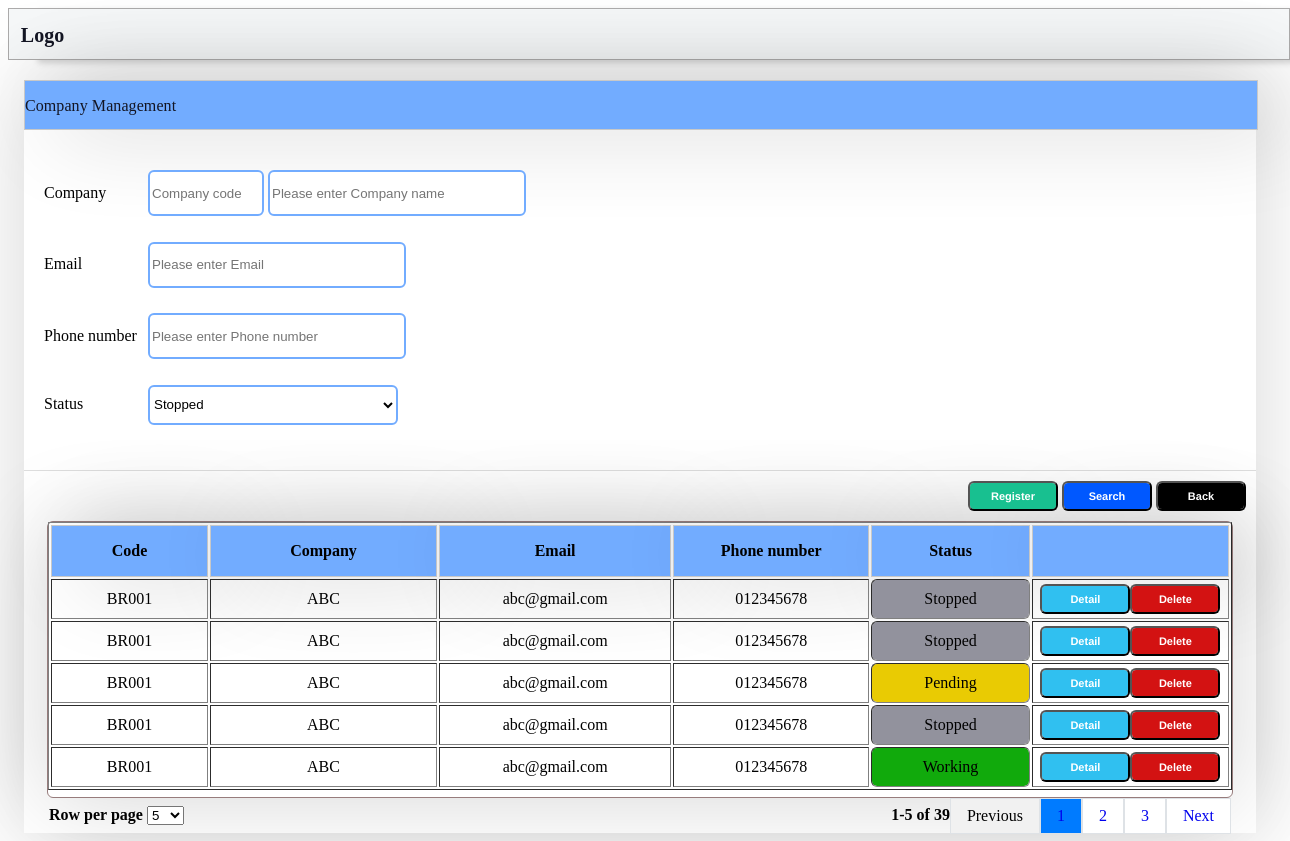
Repository: Zain1409/company
Page: client/html/CompanyManager.html
An editor plug-in stored every save of this project. The page is shown before and after the next save, followed by the edit.
The browser window is 1280 px wide. The page is 1290 px wide, so the pictures cover 1290 px, including what lies to the right of the window. The pictures show the whole page.

Above is the page before, as saved 2021-04-05 14:55:34.
Console error: ReferenceError: getTodoItems is not defined

After the next save:
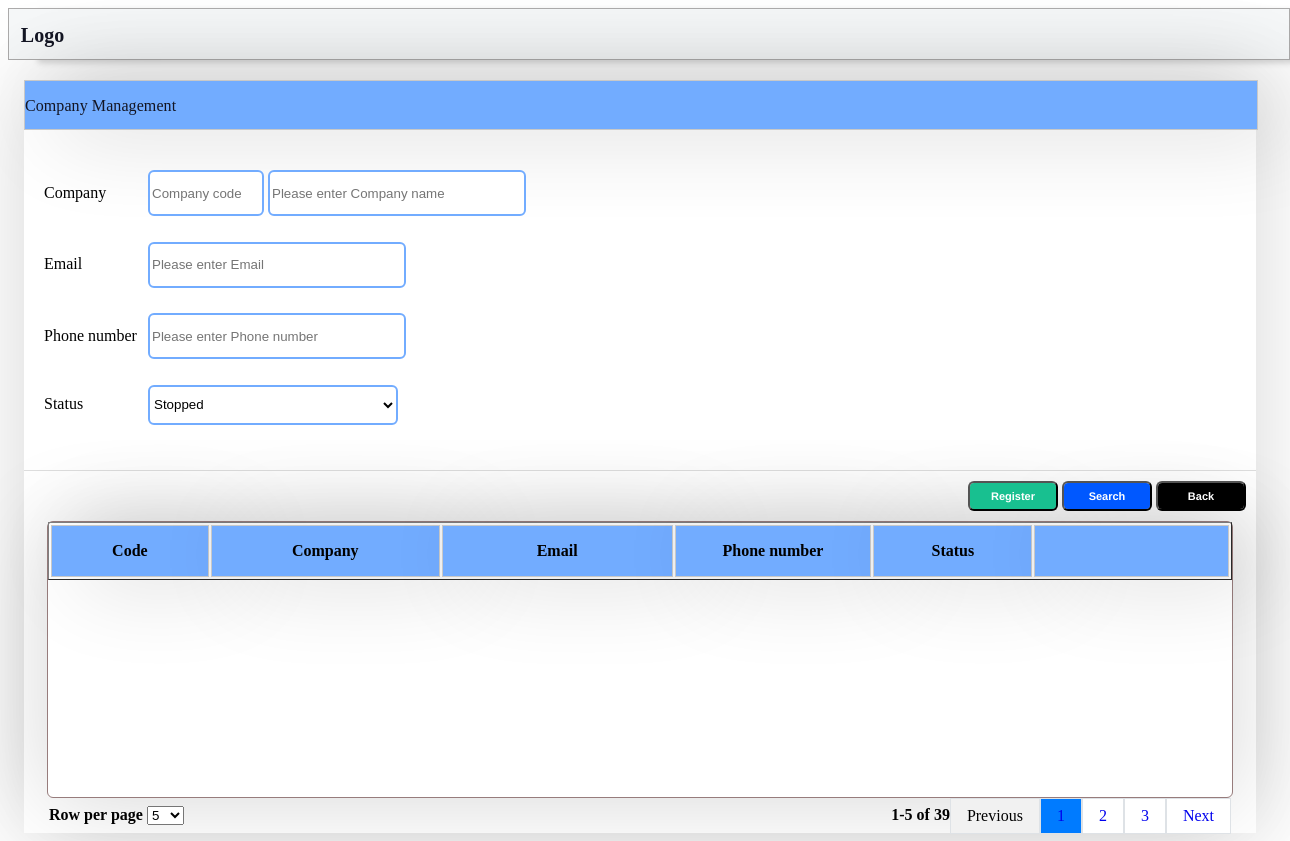
Saved 41 s later.
--- a/client/html/CompanyManager.html
+++ b/client/html/CompanyManager.html
@@ -98,7 +98,7 @@
         </div>
     </div>
     <script src="./../js/Manager.js"></script>
-    <script>
+    <!-- <script>
         var company = [
             {
                 'code': 'BR001',
@@ -152,7 +152,7 @@
             document.getElementById("table_body").innerHTML = tmp;
         }
         init();
-    </script>
-    <!-- <script src="https://unpkg.com/axios/dist/axios.min.js"></script> -->
+    </script> -->
+    <script src="https://unpkg.com/axios/dist/axios.min.js"></script>
 </body>
 </html>
